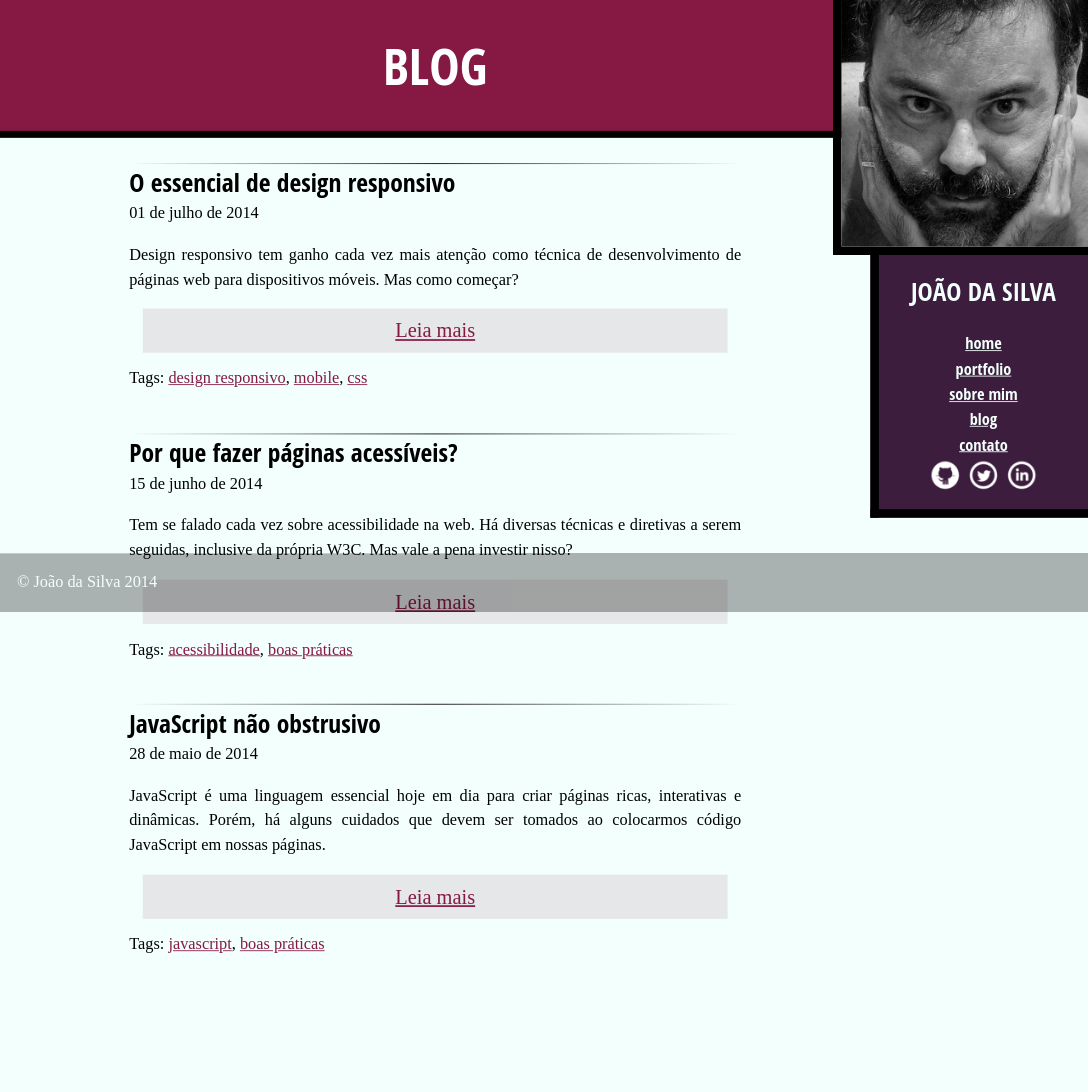
Repository: MichelMiola/html5Css3Avancado
Page: projeto/blog.html
An editor plug-in stored every save of this project. The page is shown before and after the next save, followed by the edit.
The browser window is 1280 px wide. The pictures show the whole page, at 85% of full size.
Some web fonts or font styles are not loaded; a fallback is used.

Above is the page before, as saved 2015-03-20 20:40:14.

After the next save:
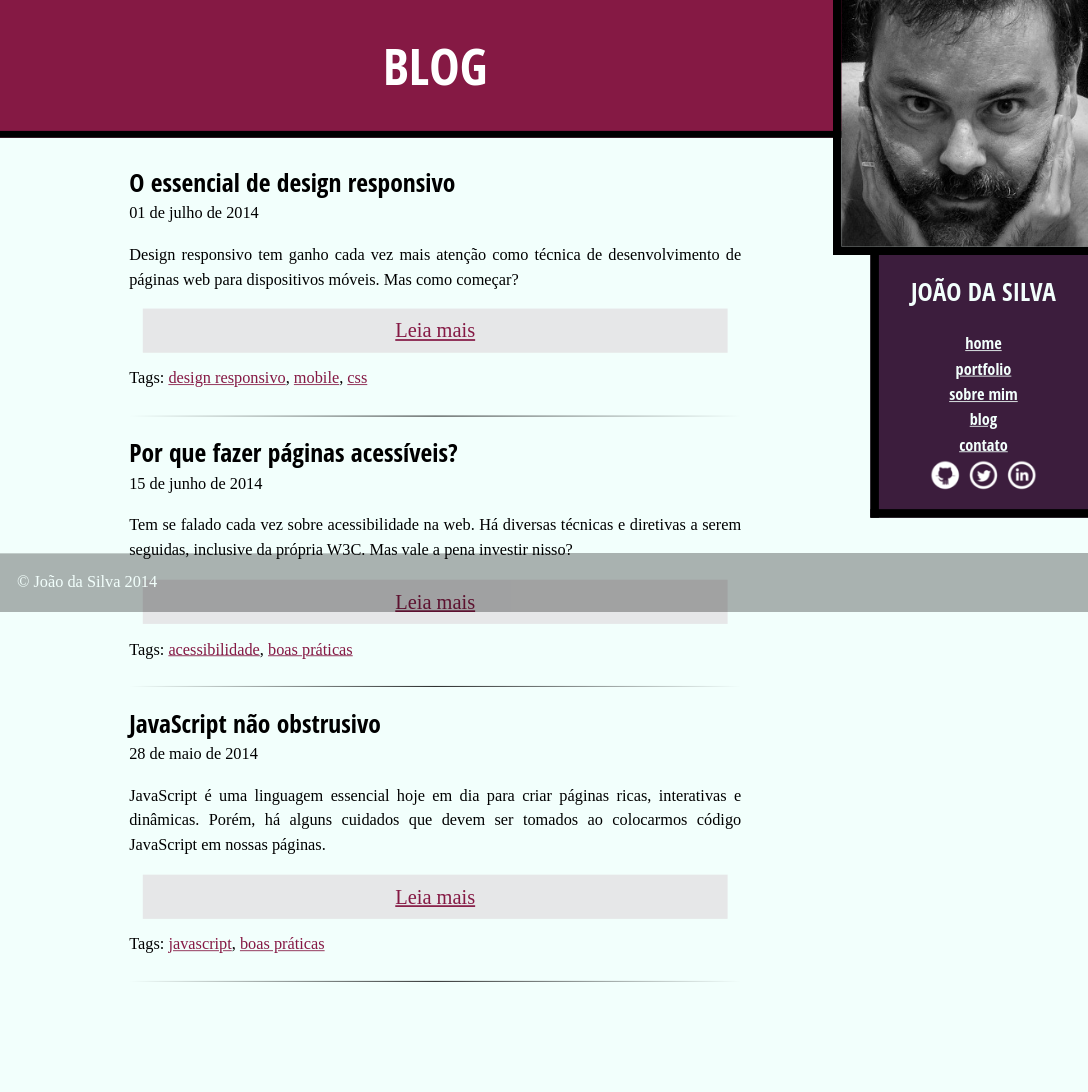
Saved 15 s later.
--- a/projeto/css/blog.css
+++ b/projeto/css/blog.css
@@ -14,5 +14,6 @@
     background-image: linear-gradient(to right, transparent, black, transparent);
     background-size: 100% 1px;
     background-repeat: no-repeat;
+    background-position: bottom center;
 
 }
